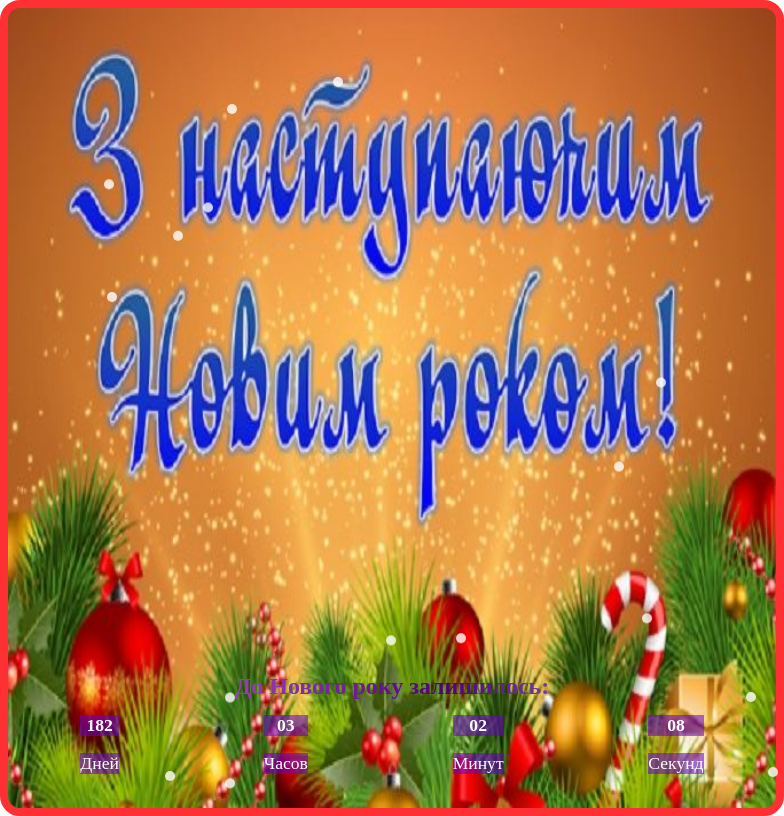
Repository: KonstantinKhamilov/JavaScript11-new-year
Page: index.html
An editor plug-in stored every save of this project. The page is shown before and after the next save, followed by the edit.
The browser window is 768 px wide. The page is 784 px wide, so the pictures cover 784 px, including what lies to the right of the window. The pictures show the whole page.

Above is the page before, as saved 2024-12-29 22:16:25.

### index.html
<!DOCTYPE html>
<html lang="en">
    <head>
        <title>JavaScript11</title>

        <meta charset="utf-8">
        <meta http-equiv="X-UA-Compatible" content="IE=edge">
        <meta name="description" lang="ru" content="Стили css">
        <meta name="author" content="Константин">
        <meta name="keywords" content="Программирование, уроки JavaScript">
        <meta name="robots" content="all">
        <meta name="viewport" content="width=device-width, initial-scale=1.0">
        <link rel="stylesheet" href="newYear.css" type="text/css">
</head>

<body>
   <!--
     <h1><u>Задание 1</u></h1>
    <p>Необходимо реализовать функцию, описывающую окружность.В функции должны быть следующие компоненты:</p>
<ul type="disk">
    <li>поле, хранящее радиус окружности;</li>
    <li>get-свойство, возвращающее радиус окружности;</li>
    <li>set-свойство, устанавливающее радиус окружности;</li>
    <li>get-свойство, возвращающее диаметр окружности;</li>
    <li>метод, вычисляющий площадь окружности;</li>
    <li>метод, вычисляющий длину окружности.</li>
</ul>
       <p>Продемонстрируйте работу свойств и методов.</p>
       <p>Введите радиус окружности: </p>
       <input type="text" id="rad">
        <button onclick="showResults()">Показать результаты</button>
        <p id="output"></p>

          <h1><u>Задание 2</u></h1>
          <p>Реализуйте функцию, которая описывает css класс.функция CssClass должна содержать внутри себя:</p>
          <ul type="square">
<li>название css класса;</li>
<li>массив стилей;</li>
<li>метод для установки стиля;</li>
<li>метод для удаления стиля;</li>
<li>метод getCss(), который возвращает css код в виде строки.</li>
          </ul>

          <p>Введите название класса:</p>
    <input type="text" id="class" />
    <button onclick="showCSS()">Показать результат генерации</button>
    <p id="output1"></p>

    <p>Добавить стиль:</p>
    <input type="text" id="add-style" />
    <button onclick="addStyle()">Добавить</button>

    <p>Удалить стиль:</p>
    <input type="text" id="remove-style" />
    <button onclick="removeStyle()">Удалить</button>

  <h1><u>Задание 3</u></h1>
  <p>
    Рассчитайте, сколько дней, часов, минут и секунд осталось до Нового года. Выведите эти значения красиво,
    методом document.write() или другим с тегами -p- и
    -span- и классами для них. Стили можно записать в отдельном css-файле. Если одно из чисел будет меньше 10,
    то его нужно вывести с ведущим 0, например, так:
    Сделайте свой скрипт универсальным, задав дату следующего Нового года относительно текущей даты с помощью методов объекта Date.
  </p>
  <p>Пример вывода результата задания:</p>
<img src="D:\Full Stack\Модуль\JavaScript\JavaScript11\Безымянный1.png" alt="time">
-->
<div class="box" >
  <ol class="maintext">
    <li class="text">До Нового року залишилось:</li>
   <li class="count">

<ol class="time">
  <li class="timer"><h2 id="day">00</h2><p>Дней</p></li>
  <li class="timer"><h2 id="hrs">00</h2><p>Часов</p></li>
  <li class="timer"><h2 id="min">00</h2><p>Минут</p></li>
  <li class="timer"><h2 id="sec">00</h2><p>Секунд</p></li>
</ol>
  </li>
  </ol>
</div>

    <script>


/*
        //1
function Circle(radius) {
  // Сохранение значения радиуса в свойстве объекта
  this.radius = radius;
  // Определение get-свойства для получения значения радиуса
  Object.defineProperty(this, 'radius', {
    get: function() {
      // Возвращение значения радиуса
      return radius;
    },
    // Определение set-свойства для установки значения радиуса
    set: function(value) {
      // Проверка на корректность значения радиуса
      if (value <= 0) throw new Error('Invalid radius');
      // Установка нового значения радиуса
      radius = value;
    }
  });

  // Определение get-свойства для получения значения диаметра окружности
  Object.defineProperty(this, 'diameter', {
    get: function() {
      // Возвращение значения диаметра, равного удвоенному радиусу
      return 2 * radius;
    }
  });

  // Определение метода для вычисления площади окружности
  this.area = function() {
    // Возвращение площади окружности, вычисленной как произведение числа Пи на квадрат радиуса
    return Math.PI * Math.pow(radius, 2);
  }

  // Определение метода для вычисления длины окружности
  this.circumference = function() {
    // Возвращение длины окружности, вычисленной как произведение числа Пи на удвоенный радиус
    return 2 * Math.PI * radius;
  }
}

function showResults() {
    let input = document.getElementById("rad").value;
    let circle = new Circle(input);
    let output = 'Радиус: ' + circle.radius + '<br>';
    output += 'Диаметр: ' + circle.diameter + '<br>';
    output += 'Площадь: ' + circle.area() + '<br>';
    output += 'Длинна окружности: ' + circle.circumference();
    document.getElementById("output").innerHTML = output;
  }

  //2

      // Определение функции CssClass, которая принимает название CSS класса в качестве аргумента
      function CssClass(className) {
        // Сохранение значения названия CSS класса в свойстве объекта
        this.className = className;
        // Создание пустого массива для хранения стилей CSS класса
        this.styles = [];

        // Определение метода setStyle для добавления нового стиля в массив стилей
        this.setStyle = function(style) {
          // Добавление нового стиля в конец массива стилей
          this.styles.push(style);
        }

        // Определение метода removeStyle для удаления существующего стиля из массива стилей
        this.removeStyle = function(style) {
          // Поиск индекса указанного стиля в массиве стилей
          let index = this.styles.indexOf(style);
          // Если стиль найден в массиве
          if (index !== -1) {
            // Удаление стиля из массива по найденному индексу
            this.styles.splice(index, 1);
          }
        }

        // Определение метода getCss для генерации CSS кода класса в виде строки
        this.getCss = function() {
          // Создание строки с селектором CSS класса и открывающей скобкой
          let cssString = '.' + this.className + ' {\n';
          // Цикл по всем стилям в массиве стилей
          for (let i = 0; i < this.styles.length; i++) {
            // Добавление очередного стиля в строку с отступом и точкой с запятой
            cssString += '  ' + this.styles[i] + ';\n';
          }
          // Добавление закрывающей скобки в конец строки
          cssString += '}';
          // Возвращение сгенерированной строки с CSS кодом класса
          return cssString;
        }
      }
      let myClass;

      function showCSS() {
        // Получение значения из элемента input с id 'class'
        let className = document.getElementById('class').value;
        // Создание нового объекта CssClass с названием класса из элемента input
        myClass = new CssClass(className);
        // Добавление стиля 'color: red' в массив стилей класса
        myClass.setStyle('color: red');
        // Добавление стиля 'font-size: 16px' в массив стилей класса
        myClass.setStyle('font-size: 16px');
        // Вывод сгенерированного CSS кода класса в элемент p с id 'output'
        document.getElementById('output1').innerHTML = myClass.getCss();
      }

      function addStyle() {
        if (!myClass) {
          alert('Сначала нажмите кнопку "Показать результат генерации"');
          return;
        }
        // Получение значения из элемента input с id 'add-style'
        let style = document.getElementById('add-style').value;
        // Добавление стиля в массив стилей класса
        myClass.setStyle(style);
        // Вывод обновленного CSS кода класса в элемент p с id 'output'
        document.getElementById('output1').innerHTML = myClass.getCss();
      }

      function removeStyle() {
        if (!myClass) {
          alert('Сначала нажмите кнопку "Показать результат генерации"');
          return;
        }
        // Получение значения из элемента input с id 'remove-style'
        let style = document.getElementById('remove-style').value;
        // Удаление стиля из массива стилей класса
        myClass.removeStyle(style);
        // Вывод обновленного CSS кода класса в элемент p с id 'output'
        document.getElementById('output1').innerHTML = myClass.getCss();
      }
      */

//3
const snowContainer = document.querySelector('.box');

function createSnowflake() {
    const snowflake = document.createElement('div');
    snowflake.classList.add('snowflake');

    // Устанавливаем случайную позицию по горизонтали
    snowflake.style.left = Math.random() * 100 + 'vw';

    // Устанавливаем случайную скорость падения
    snowflake.style.animationDuration = Math.random() * 3 + 2 + 's'; // от 2 до 5 секунд

    // Добавляем снежинку в контейнер
    snowContainer.appendChild(snowflake);

    // Удаляем снежинку после завершения анимации
    setTimeout(() => {
        snowflake.remove();
    }, 5000); // Время должно соответствовать времени падения
}

// Создаем снежинки каждые 300 мс
setInterval(createSnowflake, 300);
const day = document.getElementById('day');
const hrs = document.getElementById('hrs');
const min = document.getElementById('min');
const sec = document.getElementById('sec');
const currentYear = new Date().getFullYear();

const newYear = new Date (`1 Jan ${currentYear + 1} 00:00:00`);

function countdownDate(){
const today = Date.now()
const gap = newYear - today;
let d = Math.floor(gap/1000/60/60/24);
let h = Math.floor((gap/1000/60/60)%24);
let m = Math.floor((gap/1000/60)%60);
let s = Math.floor((gap/1000)%60);

day.innerHTML = d<10 ? '0' + d : d;
hrs.innerHTML = h<10 ? '0' + h : h;
min.innerHTML = m<10 ? '0' + m : m;
sec.innerHTML = s<10 ? '0' + s : s;
}
setInterval(countdownDate,1000);
    </script>
</body>
</html>

### newYear.css
body {
  margin: 0;
  padding: 0;
  overflow: hidden;
}

@keyframes rainbow {
  0% {
    background-position: 0%;
  }
  100% {
    background-position: 100%;
  }
}

.snowflake {
  position: absolute;
  top: -10px; /* Начальная позиция снега */
  background: white; /* Цвет снега */
  border-radius: 50%; /* Круглая форма */
  opacity: 0.8; /* Прозрачность снега */
  animation: fall linear infinite; /* Анимация падения */
  width: 10px; /* Размер снежинки */
  height: 10px; /* Размер снежинки */
}

@keyframes fall {
  0% {
    transform: translateY(0); /* Начальная позиция */
  }
  100% {
    transform: translateY(100vh); /* Конечная позиция */
  }
}

@media screen and (min-width: 320px) {
  .box {
    display: block;
    text-align: end;
    background-image: url("z_nastupauschim_ng_4.jpg");
    background-repeat: no-repeat;
    background-size: 100% 100%;
    border: solid 8px;
    border-radius: 20px;
    border-color: rgb(255, 48, 52);
    height: 100vh;
    width: 100vw;
    position: relative; /* Добавлено для позиционирования */
  }

  ol {
    list-style-type: none;
    margin: auto;
    padding: 0px;
  }

  .maintext {
    display: flex;
    flex-direction: column;
    justify-content: space-between;
    padding: 100% 0px 0px 0px;
    position: absolute;
    bottom: 10%;
    width: 100%;
  }

  .text {
    color: rgb(4, 69, 131);
    font-family: cursive;
    font-weight: bold;
    font-size: 1.8em;
    text-align: center;
    background: linear-gradient(
      270deg,
      red,
      orange,
      yellow,
      green,
      blue,
      white,
      indigo,
      violet
    );
    background-size: 400%; /* Увеличиваем размер фона для анимации */
    -webkit-background-clip: text; /* Обрезаем фон по тексту */
    -webkit-text-fill-color: transparent; /* Делаем цвет текста прозрачным */
    animation: rainbow 3.5s linear infinite;
  }

  .time {
    display: flex;
    flex-direction: row;
    justify-content: space-around;
    width: 100%;
  }

  h2 {
    color: white;
    font-size: 1em;
  }

  .timer > p,
  .timer > #day,
  .timer > #hrs,
  .timer > #min,
  .timer > #sec {
    color: white;
    background-color: rgb(102, 2, 196, 0.55);
    font-size: 1em;
    text-align: center;
  }
}

@media screen and (min-width: 426px) and (max-width: 768px) {
  .timer > p,
  .timer > #day,
  .timer > #hrs,
  .timer > #min,
  .timer > #sec {
    font-size: 1.1em;
  }
  h2 {
    font-size: 1.2em;
  }
  .text {
    font-size: 1.5em;
  }
  .maintext {
    bottom: 2%;
  }
}

@media screen and (min-width: 769px) and (max-width: 1280px) {
  .timer > p,
  .timer > #day,
  .timer > #hrs,
  .timer > #min,
  .timer > #sec {
    font-size: 2.2em;
  }
  h2 {
    font-size: 2.5em;
  }
  .text {
    font-size: 3em;
  }
  .maintext {
    bottom: 1.7%;
  }
}

@media screen and (min-width: 1281px) {
  .timer > p,
  .timer > #day,
  .timer > #hrs,
  .timer > #min,
  .timer > #sec {
    font-size: 2.5em;
  }
  h2 {
    font-size: 2.8em;
  }
  .text {
    font-size: 3.3em;
  }
  .maintext {
    bottom: 2.5%;
  }
}

After the next save:
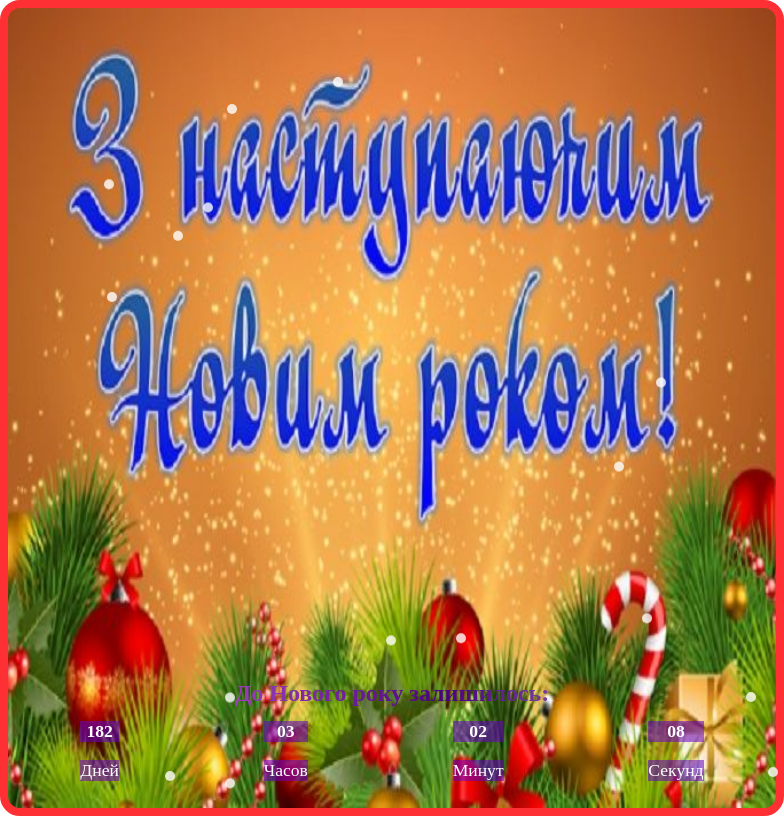
Saved 10 s later.
--- a/newYear.css
+++ b/newYear.css
@@ -126,7 +126,7 @@ body {
     font-size: 1.5em;
   }
   .maintext {
-    bottom: 2%;
+    bottom: 1.2%;
   }
 }
 
